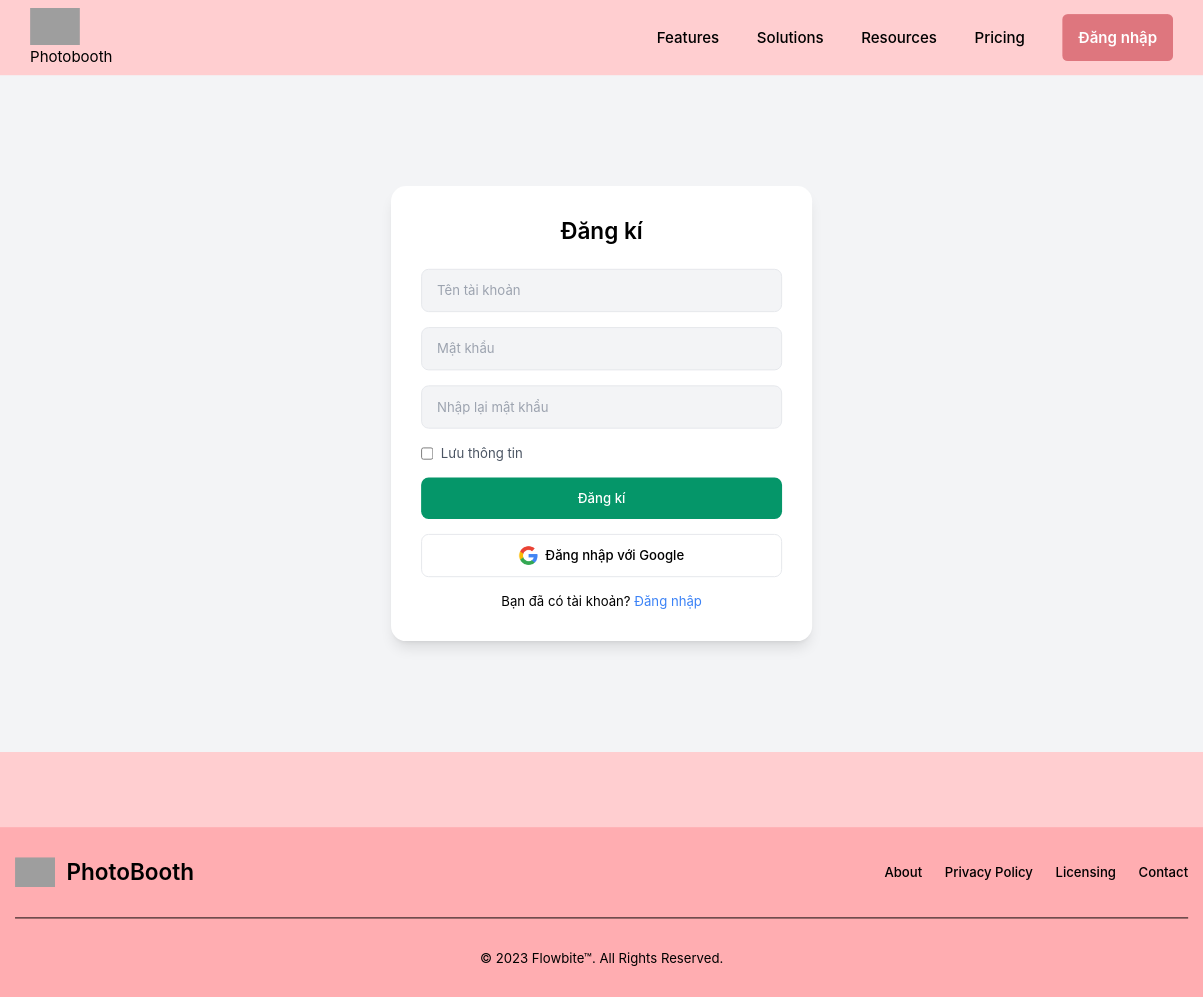
Repository: kontee809/photobooth_app
Page: /sign-up (app in photobooth-client/)
These files come from the project's save history. The page is drawn as it stood at one moment and after the next save; the edit follows.
The browser window is 1280 px wide. The pictures show the whole page, at 94% of full size.
Pictures or frames that could not be fetched are drawn as grey boxes. The project was rebuilt for these pictures with package versions that can differ from the ones it lists, and the page was loaded fresh each time. Also part of the build but not shown: photobooth-client/src/component/Camera.jsx, photobooth-client/src/component/Home.jsx.

Above is the page before, as saved 2025-05-04 14:35:34.

### photobooth-client/src/App.jsx
import React from 'react';
import { BrowserRouter, Routes, Route } from 'react-router-dom';
import WebcamCapture from './component/Camera';
import Header from './component/Header';
import Home from './component/Home';
import Footer from './component/Footer';
import RegisterForm from './component/RegisterForm';

export default function App() {
  return (
    <BrowserRouter>
      <div className="bg-[#ffadb1]/60 backdrop-blur-md min-h-screen">
        <Header />

        {/* Bọc các Route bên trong Routes */}
        <Routes>
          <Route path="/" element={<Home />} />
          <Route path="/camera" element={<WebcamCapture />} />
          <Route path='/sign-up' element={<RegisterForm />} />
        </Routes>

        <Footer />
      </div>
    </BrowserRouter>
  );
}

### photobooth-client/src/component/Header.jsx
import React from 'react'

export default function Header() {
  return (
   <header class="pb-6 lg:pb-0">
    <div class="px-4 mx-auto max-w-7xl sm:px-6 lg:px-8">
        {/* <!-- lg+ --> */}
        <nav class="flex items-center justify-between h-16 lg:h-20">
            <div class="flex-shrink-0">
                <a href="#" title="" class="flex">
                    <img class="w-auto h-12 lg:h-10" src="https://c8.alamy.com/comp/2BRRTY0/photo-booth-logo-design-template-2BRRTY0.jpg" alt="" />
                </a>
                <h2 className=''>Photobooth</h2>
            </div>

            <button type="button" class="inline-flex p-2 text-black transition-all duration-200 rounded-md lg:hidden focus:bg-gray-100 hover:bg-gray-100">
                {/* <!-- Menu open: "hidden", Menu closed: "block" --> */}
                <svg class="block w-6 h-6" xmlns="http://www.w3.org/2000/svg" fill="none" viewBox="0 0 24 24" stroke="currentColor">
                    <path stroke-linecap="round" stroke-linejoin="round" stroke-width="2" d="M4 8h16M4 16h16" />
                </svg>

                {/* <!-- Menu open: "block", Menu closed: "hidden" --> */}
                <svg class="hidden w-6 h-6" xmlns="http://www.w3.org/2000/svg" fill="none" viewBox="0 0 24 24" stroke="currentColor">
                    <path stroke-linecap="round" stroke-linejoin="round" stroke-width="2" d="M6 18L18 6M6 6l12 12" />
                </svg>
            </button>

            <div class="hidden lg:flex lg:items-center lg:ml-auto lg:space-x-10">
                <a href="#" title="" class="text-base font-medium text-black transition-all duration-200 hover:text-[#c63e81] focus:text-[#c63e81]"> Features </a>

                <a href="#" title="" class="text-base font-medium text-black transition-all duration-200 hover:text-[#c63e81] focus:text-[#c63e81]"> Solutions </a>

                <a href="#" title="" class="text-base font-medium text-black transition-all duration-200 hover:text-[#c63e81] focus:text-[#c63e81]"> Resources </a>

                <a href="#" title="" class="text-base font-medium text-black transition-all duration-200 hover:text-[#c63e81] focus:text-[#c63e81]"> Pricing </a>
            </div>

            <a href="#" title="" class="items-center justify-center hidden px-4 py-3 ml-10 text-base font-semibold text-white transition-all duration-200 bg-[#de767e] border border-transparent rounded-md lg:inline-flex hover:bg-[#c63e81] focus:bg-[#c63e81]" role="button"> Đăng nhập </a>
        </nav>


        {/* <nav class="pt-4 pb-6 bg-white border border-gray-200 rounded-md shadow-md lg:hidden">
            <div class="flow-root">
                <div class="flex flex-col px-6 -my-2 space-y-1">
                    <a href="#" title="" class="inline-flex py-2 text-base font-medium text-black transition-all duration-200 hover:text-blue-600 focus:text-blue-600"> Features </a>

                    <a href="#" title="" class="inline-flex py-2 text-base font-medium text-black transition-all duration-200 hover:text-blue-600 focus:text-blue-600"> Solutions </a>

                    <a href="#" title="" class="inline-flex py-2 text-base font-medium text-black transition-all duration-200 hover:text-blue-600 focus:text-blue-600"> Resources </a>

                    <a href="#" title="" class="inline-flex py-2 text-base font-medium text-black transition-all duration-200 hover:text-blue-600 focus:text-blue-600"> Pricing </a>
                </div>
            </div>

            <div class="px-6 mt-6">
                <a href="#" title="" class="inline-flex justify-center px-4 py-3 text-base font-semibold text-white transition-all duration-200 bg-blue-600 border border-transparent rounded-md tems-center hover:bg-blue-700 focus:bg-blue-700" role="button"> Get started now </a>
            </div>
        </nav> */}
    </div>
</header>
  )
}

### photobooth-client/src/component/Footer.jsx
import React from 'react'

export default function() {
  return (


<footer class="bg-[#ffadb1] mt-20">
    <div class="w-full max-w-screen-xl mx-auto p-4 md:py-8">
        <div class="sm:flex sm:items-center sm:justify-between">
            <a href="https://flowbite.com/" class="flex items-center mb-4 sm:mb-0 space-x-3 rtl:space-x-reverse">
                <img src="https://flowbite.com/docs/images/logo.svg" class="h-8" alt="Flowbite Logo" />
                <span class="self-center text-2xl font-semibold whitespace-nowrap dark:text-white">PhotoBooth</span>
            </a>
            <ul class="flex flex-wrap items-center mb-6 text-sm font-medium text-black sm:mb-0 dark:text-black">
                <li>
                    <a href="#" class="hover:underline hover:text-[#c63e81] focus:text-[#c63e81] me-4 md:me-6">About</a>
                </li>
                <li>
                    <a href="#" class="hover:underline hover:text-[#c63e81] focus:text-[#c63e81] me-4 md:me-6">Privacy Policy</a>
                </li>
                <li>
                    <a href="#" class="hover:underline hover:text-[#c63e81] focus:text-[#c63e81] me-4 md:me-6">Licensing</a>
                </li>
                <li>
                    <a href="#" class="hover:underline hover:text-[#c63e81] focus:text-[#c63e81]">Contact</a>
                </li>
            </ul>
        </div>
        <hr class="my-6 border-black sm:mx-auto bg-[#ffadb1]/60 lg:my-8" />
        <span class="block text-sm text-black sm:text-center dark:text-black">© 2023 <a href="https://flowbite.com/" class="hover:underline">Flowbite™</a>. All Rights Reserved.</span>
    </div>
</footer>


  )
}

### photobooth-client/src/component/RegisterForm.jsx
import React from 'react';
import googleIcon from '../assets/google_logo_icon_169090.png';

function RegisterForm() {
    return (
        <main>
            <form action="">
                <div className="min-h-screen flex justify-center items-center bg-gray-100">
                    <div className="w-full max-w-md p-8 bg-white rounded-2xl shadow-lg">
                        <div className="mb-6 text-center">
                            <h2 className="text-2xl font-semibold">Đăng kí</h2>
                        </div>

                        <div className="mb-4">
                            <input
                                type="text"
                                placeholder="Tên tài khoản"
                                className="w-full px-4 py-3 text-sm border rounded-lg bg-gray-100 focus:outline-none focus:ring-2 focus:ring-emerald-500"
                            />
                        </div>
                        <div className="mb-4">
                            <input
                                type="password"
                                placeholder="Mật khẩu"
                                className="w-full px-4 py-3 text-sm border rounded-lg bg-gray-100 focus:outline-none focus:ring-2 focus:ring-emerald-500"
                            />
                        </div>
                        <div className="mb-4">
                            <input
                                type="password"
                                placeholder="Nhập lại mật khẩu"
                                className="w-full px-4 py-3 text-sm border rounded-lg bg-gray-100 focus:outline-none focus:ring-2 focus:ring-emerald-500"
                            />
                        </div>

                        <div className="mb-4 flex items-center">
                            <input
                                type="checkbox"
                                id="formCheck"
                                className="mr-2"
                            />
                            <label htmlFor="formCheck" className="text-sm text-gray-600">
                                Lưu thông tin
                            </label>
                        </div>

                        <div className="mb-4">
                            <button
                                type="button"
                                className="w-full py-3 text-sm font-medium text-white bg-emerald-600 rounded-lg hover:bg-emerald-700 transition"
                            >
                                Đăng kí
                            </button>
                        </div>

                        <div className="mb-4">
                            <button className="w-full py-3 text-sm font-medium bg-white border rounded-lg flex items-center justify-center gap-2 hover:bg-gray-100 transition">
                                <img
                                    src={googleIcon}
                                    alt="Google icon"
                                    className="w-5 h-5"
                                />
                                <span>Đăng nhập với Google</span>
                            </button>
                        </div>

                        <div className="text-center text-sm">
                            <span>Bạn đã có tài khoản? </span>
                            <a href="dangnhap.html" className="text-blue-500 hover:underline">
                                Đăng nhập
                            </a>
                        </div>
                    </div>
                </div>
            </form>
        </main>
    );
}

export default RegisterForm;

Loaded but not shown: photobooth-client/public/index.html (common file); photobooth-client/src/index.js (common file); photobooth-client/src/index.css (common file); photobooth-client/tailwind.config.js (common file)

After the next save:
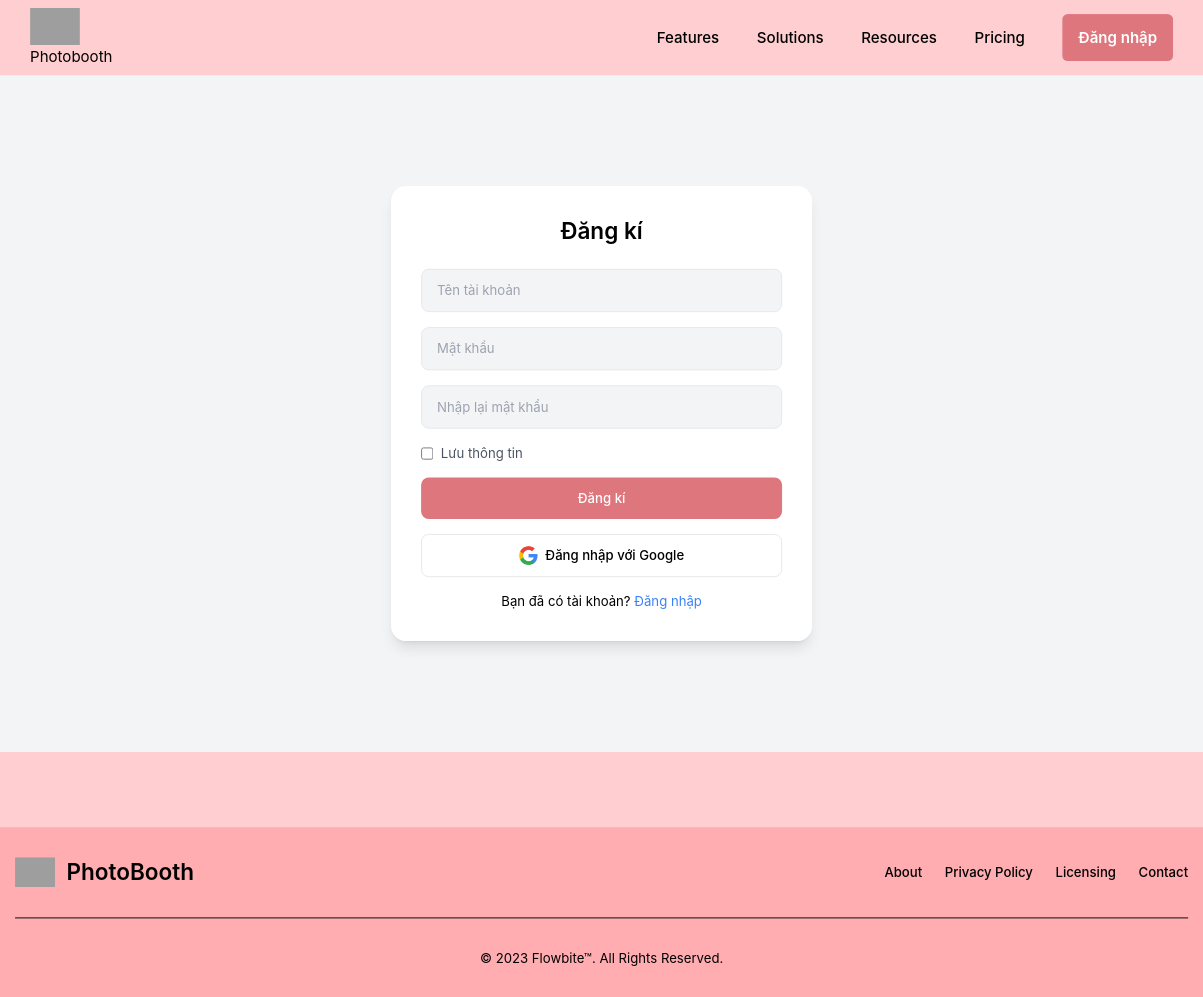
Saved 26 s later.
--- a/photobooth-client/src/component/RegisterForm.jsx
+++ b/photobooth-client/src/component/RegisterForm.jsx
@@ -47,7 +47,7 @@ function RegisterForm() {
                         <div className="mb-4">
                             <button
                                 type="button"
-                                className="w-full py-3 text-sm font-medium text-white bg-emerald-600 rounded-lg hover:bg-emerald-700 transition"
+                                className="w-full py-3 text-sm font-medium text-white bg-[#de767e] rounded-lg hover:bg-emerald-700 transition"
                             >
                                 Đăng kí
                             </button>
